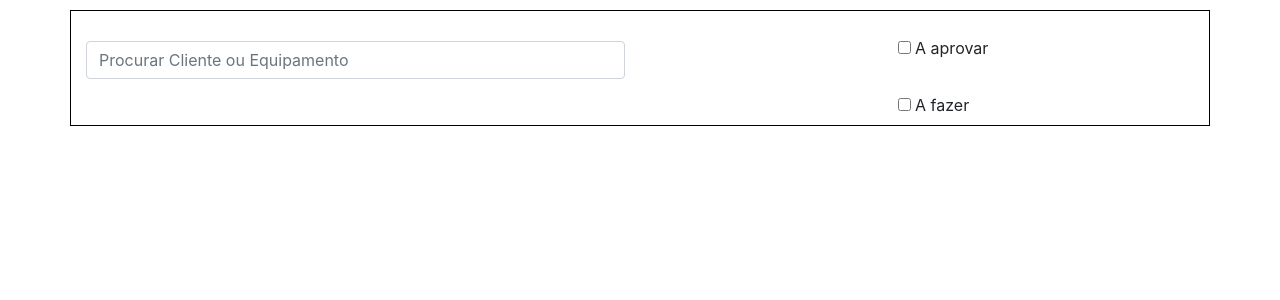
Repository: gabrielfeliphe/AssistenciaTecnica
Page: PI-AssistenciaTecnica/WebContent/pages/general/funcoes/consulta_ordemservico.html
The author's editor kept a copy of each file at every save. The page is drawn from the files as they stood at one save, then again after the next save.
The browser window is 1280 px wide. The pictures show the whole page.
Some web libraries are served in a nearby version.

Above is the page before, as saved 2021-10-18 22:16:10.
Console error: TypeError: Cannot read properties of undefined (reading 'fn')

### PI-AssistenciaTecnica/WebContent/pages/general/funcoes/consulta_ordemservico.html
<!DOCTYPE html>
<html>
<head>
<meta charset="UTF-8">
<title>Consulta Orçamento</title>

<link rel="stylesheet" href="https://stackpath.bootstrapcdn.com/bootstrap/4.1.3/css/bootstrap.min.css" integrity="sha384-MCw98/SFnGE8fJT3GXwEOngsV7Zt27NXFoaoApmYm81iuXoPkFOJwJ8ERdknLPMO" crossorigin="anonymous">
<script src="https://stackpath.bootstrapcdn.com/bootstrap/4.1.3/js/bootstrap.min.js" integrity="sha384-ChfqqxuZUCnJSK3+MXmPNIyE6ZbWh2IMqE241rYiqJxyMiZ6OW/JmZQ5stwEULTy" crossorigin="anonymous"></script>
<link rel="stylesheet" href="https://cdn.jsdelivr.net/npm/bootstrap-icons@1.3.0/font/bootstrap-icons.css" />

<link rel= "stylesheet" type = "text/css" href="../../../css/general.css">

</head>
<body>
	<div class= "container">
		<div class = "row" id="box">
			<div class="col-sm">
			 	 <input type="text" class="form-control"  placeholder="Procurar Cliente ou Equipamento">
			</div>
			<div class="col-sm">
			<input type="checkbox" id="aprovar" name="aguardando manutenção" value="1">
			<label for="vehicle1"> A aprovar</label><br>
			<input type="checkbox" id="fazer" name="aguardando peças" value="2">
			<label for="vehicle2"> A fazer</label><br>
			</div>
		</div>
	</div>

<div id= "lista-orcamento" class = "lista-tabela">
</div>

</body>
</html>

### PI-AssistenciaTecnica/WebContent/css/general.css
#box{
	border:solid 1px black;
	margin-top: 10px;
}

#box input{
	margin-top: 30px;
}


input[type=checkbox]{
	margin-left:45%;
}

button{
	height: 30px;
	width: 100px;
	margin: 20px;
}

.botoes{
	margin-top: 5%;
	text-align: center;
	display:block;
}


.btn1{
	 float: left;

}

.btn2{
	  float: right;

}

h4{
	margin-top: 2px;
	text-align: center;
}

.exibeInformacoes{
	cursor: pointer;
}

.exibeInformacoes:hover{
	color: #7FFFD4;
}

#procurarClienteAlmoxarife{
	margin-left: 30px;
	margin-bottom: 30px;
}

#lista-orcamento table{
	margin-top:2%;
	width:90%;
	margin-left: auto;
	margin-right: auto;
}

#modalAviso, .modalEditar{
	display: none;
}

After the next save:
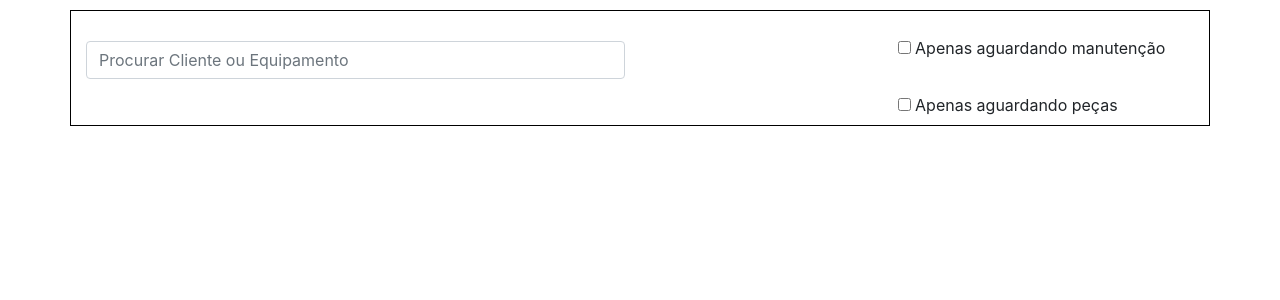
Saved 59 s later.
--- a/PI-AssistenciaTecnica/WebContent/pages/general/funcoes/consulta_ordemservico.html
+++ b/PI-AssistenciaTecnica/WebContent/pages/general/funcoes/consulta_ordemservico.html
@@ -18,10 +18,10 @@
 			 	 <input type="text" class="form-control"  placeholder="Procurar Cliente ou Equipamento">
 			</div>
 			<div class="col-sm">
-			<input type="checkbox" id="aprovar" name="aguardando manutenção" value="1">
-			<label for="vehicle1"> A aprovar</label><br>
-			<input type="checkbox" id="fazer" name="aguardando peças" value="2">
-			<label for="vehicle2"> A fazer</label><br>
+			<input type="checkbox" id="manutencao" name="manutencao" value="1">
+			<label for="vehicle1"> Apenas aguardando manutenção</label><br>
+			<input type="checkbox" id="pecas" name="pecas" value="2">
+			<label for="vehicle2"> Apenas aguardando peças</label><br>
 			</div>
 		</div>
 	</div>
